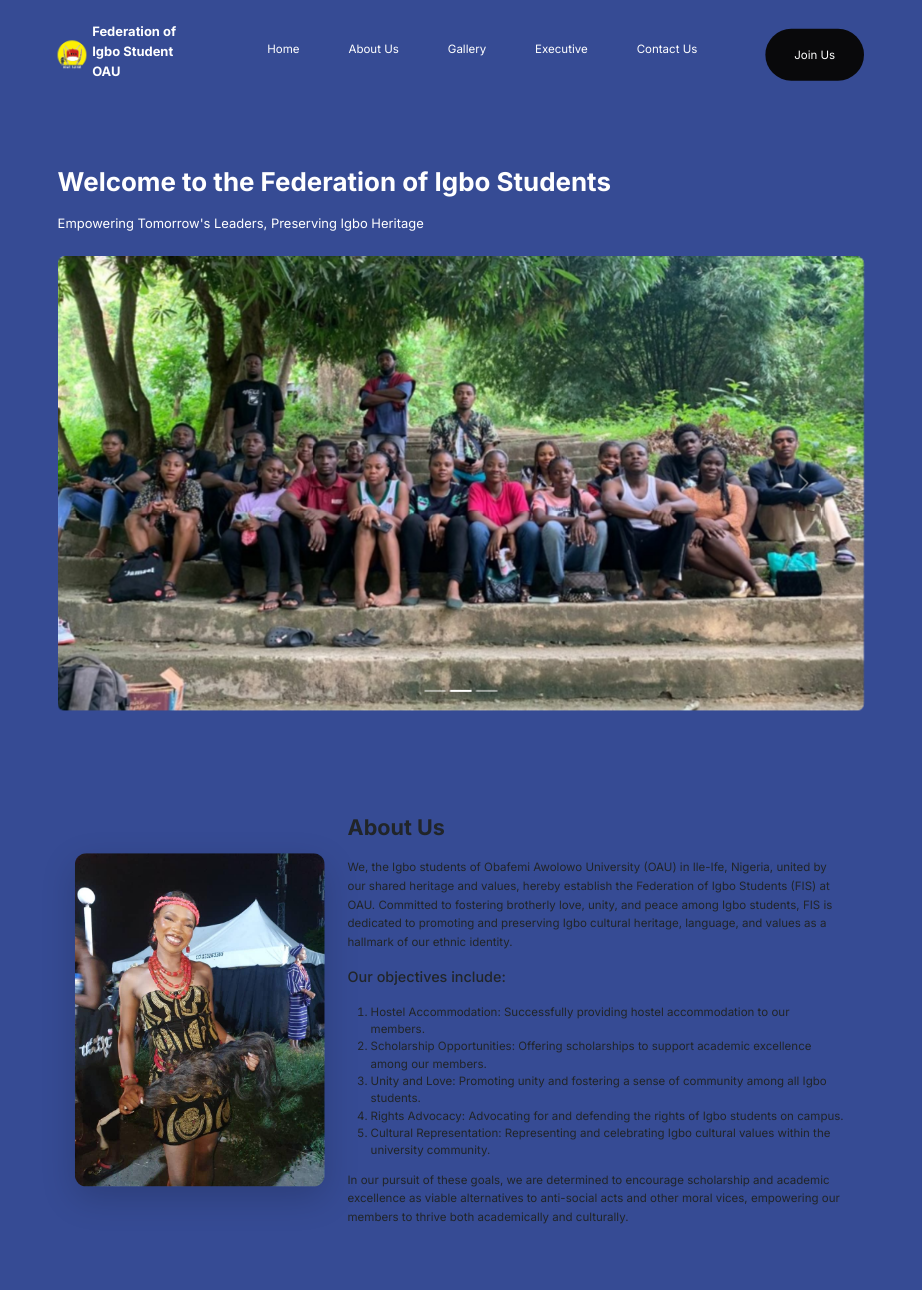
Repository: akinolapo/fis
Page: /about
These files come from the project's save history. The page is drawn as it stood at one moment and after the next save; the edit follows.
The browser window is 1280 px wide. The pictures show the whole page, at 72% of full size.
The project was rebuilt for these pictures with package versions that can differ from the ones it lists, and the page was loaded fresh each time. The framework's server and built-in components were replaced by stand-ins that run in the browser. Also part of the build but not shown: next.config.mjs.

Above is the page before, as saved 2024-05-05 15:35:16.

After the next save:
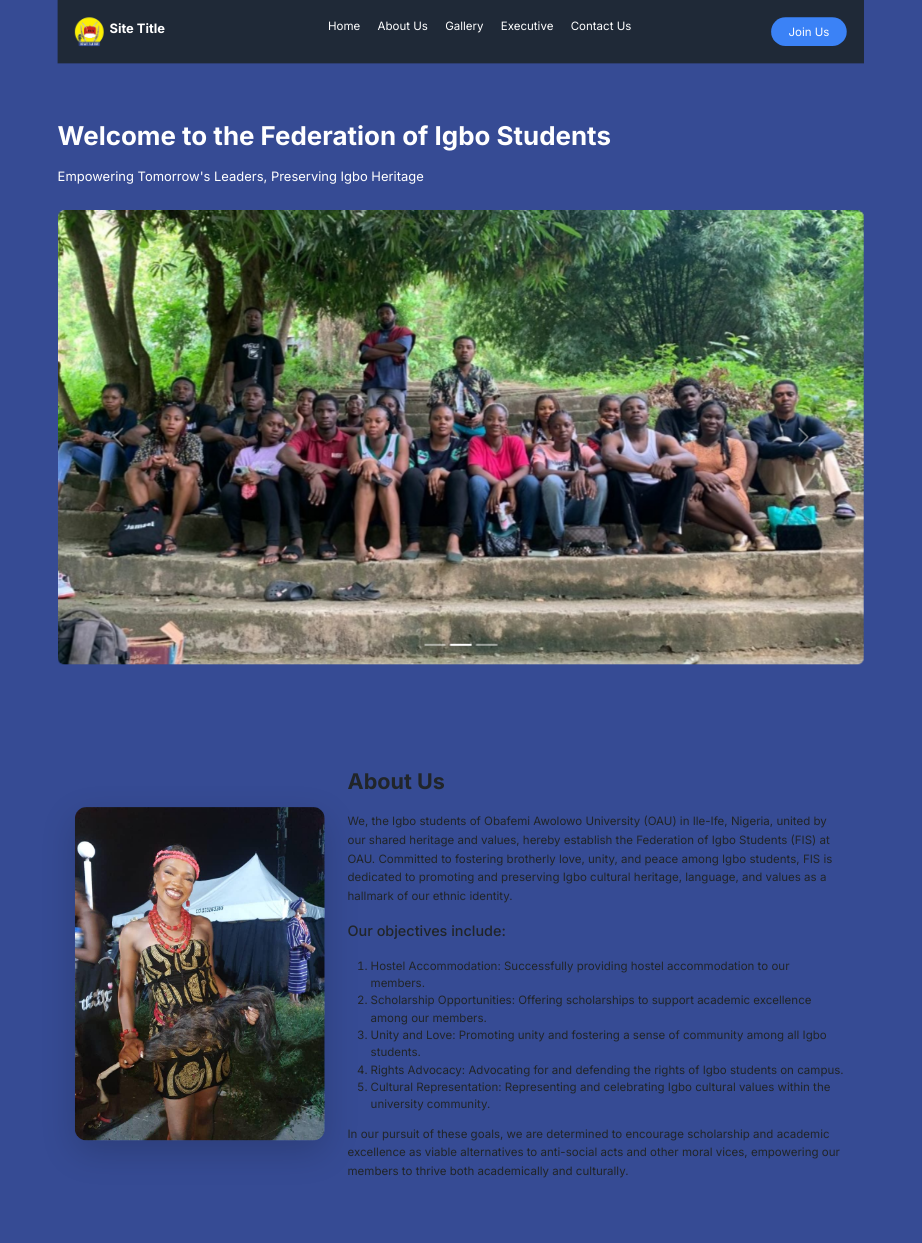
Saved 62 s later.
--- a/app/components/Header/Header.tsx
+++ b/app/components/Header/Header.tsx
@@ -1,26 +1,27 @@
+import React from 'react';
 
 const Header = () => {
   return (
-    <header className="flex justify-between items-center py-4 text-white">
+    <header className="flex justify-between items-center p-4 bg-gray-800 text-white">
       {/* Logo and Site Title */}
       <div className="flex items-center">
         <img src="/logo.png" alt="Logo" className="w-10 h-10 mr-2" />
-        <h1 className="text-lg font-bold">Federation of <br></br>Igbo Student<br></br> OAU</h1>
+        <h1 className="text-lg font-bold">Site Title</h1>
       </div>
 
       {/* Menu */}
       <nav className="flex justify-center flex-grow">
-        <ul className="flex gap-1">
-          <li className="cursor-pointer hover:text-gray-400 p-8">Home</li>
-          <li className="cursor-pointer hover:text-gray-400 p-8">About Us</li>
-          <li className="cursor-pointer hover:text-gray-400 p-8">Gallery</li>
-          <li className="cursor-pointer hover:text-gray-400 p-8">Executive</li>
-          <li className="cursor-pointer hover:text-gray-400 p-8">Contact Us</li>
+        <ul className="flex space-x-6">
+          <li className="cursor-pointer hover:text-gray-400">Home</li>
+          <li className="cursor-pointer hover:text-gray-400">About Us</li>
+          <li className="cursor-pointer hover:text-gray-400">Gallery</li>
+          <li className="cursor-pointer hover:text-gray-400">Executive</li>
+          <li className="cursor-pointer hover:text-gray-400">Contact Us</li>
         </ul>
       </nav>
 
       {/* Join Us Button */}
-      <button className="rounded-full py-4 px-10 bg-zinc-950 hover:bg-black text-white">
+      <button className="px-4 py-2 rounded-full bg-blue-500 hover:bg-blue-600 text-white">
         Join Us
       </button>
     </header>
